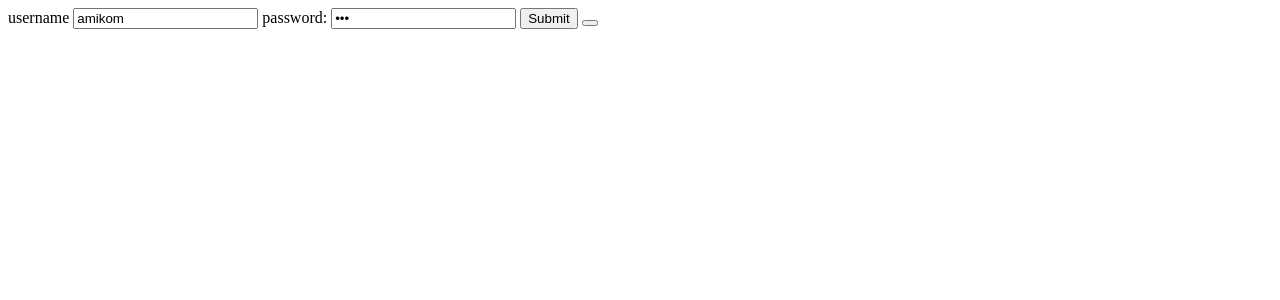
Repository: keyx-alt/pemrograman_web
Page: form.html
The author's editor kept a copy of each file at every save. The page is drawn from the files as they stood at one save, then again after the next save.
The browser window is 1280 px wide. The pictures show the whole page.

Above is the page before, as saved 2026-04-16 14:12:43.

### form.html
<!DOCTYPE html>
<html lang="en">
<head>
    <meta charset="UTF-8">
    <meta name="viewport" content="width=device-width, initial-scale=1.0">
    <title>Document</title>
</head>
<body>
    <form>
        <label for="fname">username</label>
        <input type="text" id="uname" name="username" value="amikom">
        <label for="lname">password:</label>
        <input type="password" id="pwd" name="password" value="123">
        <input type="submit" value="Submit">
        <button type="button" value="submit"></button>
    </form>
</body>
</html>

After the next save:
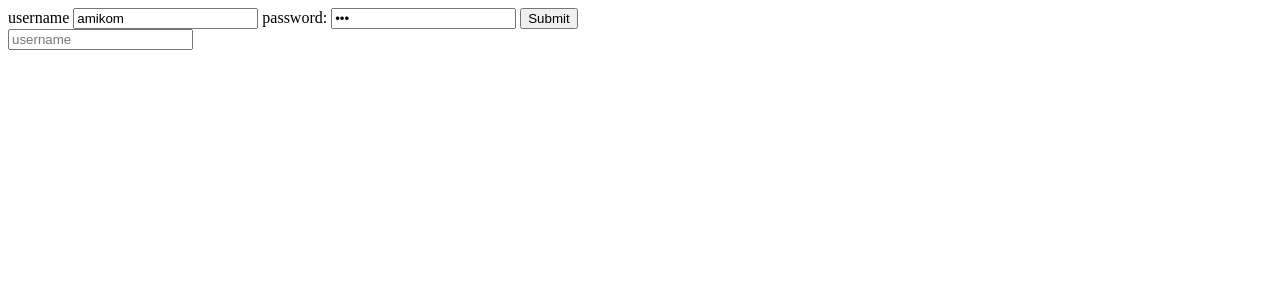
Saved 2 min 0 s later.
--- a/form.html
+++ b/form.html
@@ -12,7 +12,10 @@
         <label for="lname">password:</label>
         <input type="password" id="pwd" name="password" value="123">
         <input type="submit" value="Submit">
-        <button type="button" value="submit"></button>
+    </form>
+
+    <form>
+        <input type="text" placeholder="username">
     </form>
 </body>
 </html>
